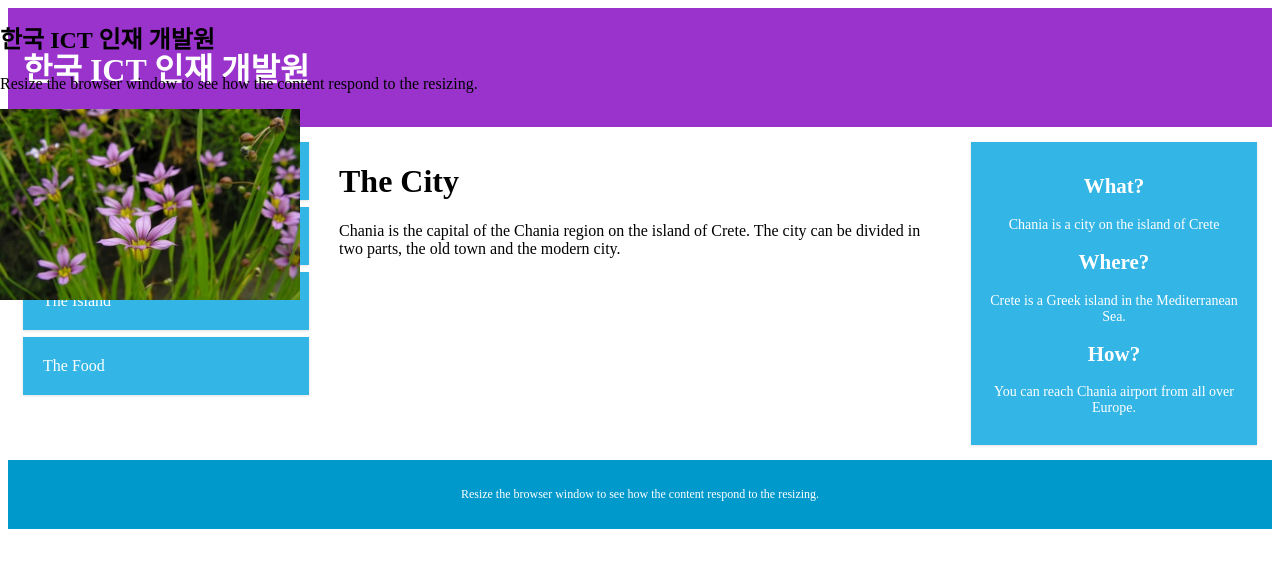
Repository: ady0099/webstudy
Page: 03_javascript/src/main/webapp/day02/ex18_event.html
The author's editor kept a copy of each file at every save. The page is drawn from the files as they stood at one save, then again after the next save.
The browser window is 1280 px wide. The pictures show the whole page.

Above is the page before, as saved 2023-06-28 08:05:06.

### 03_javascript/src/main/webapp/day02/ex18_event.html
<!DOCTYPE html>
<html>
	<head>
		<meta charset="UTF-8">
		<title>반응협 웹 페이지</title>
		<style>
			*{
				box-sizing: border-box;
			}
			.header{
				background-color: #9933cc;
				color:white;
				padding:15px;
			}
			/* ::after => 요소의 콘텐츠 끝부분에 생성된 콘텐츠를 추가한다. */
			/* ::before => 요소의 콘텐츠 시작부분에 생성된 콘텐츠를 추가한다. */
			/* content:""; => */
			.row::after{
				content: "";
				display: block;
				clear: both;
			}
			.footer{
				/* clear:both; */ /* float: left 해제 */
				clear:both;
				background-color: #0099cc;
				color:white;
				text-align: center;
				font-size:12px;
				padding:15px;
			}
			.menu ul{
				list-style-type: none;
				margin:0;
				padding:0;
			}
			.menu li{
				padding:20px;
				margin-bottom:7px;
				background-color: #33b5e5;
				color:white;
				box-shadow: 0 1px 3px rgba(0,0,0,0.12);
			}
			.menu li:hover{
				background-color: #0099cc;
			}
			[class*="col-"]{
				float:left;
				padding:15px;
			}
			.aside{
				background-color: #33b5e5;
				padding:15px;
				color:white;
				text-align: center;
				font-size: 14px;
				box-shadow: 0 1px 3px rgba(0,0,0,0.12);
			}
			.col-1{width:8.33%;}
			.col-2{width:16.66%;}
			.col-3{width:25%;}
			.col-4{width:33.33%;}
			.col-5{width:41.66%;}
			.col-6{width:50%;}
			.col-7{width:58.33%;}
			.col-8{width:66.66%;}
			.col-9{width:75%;}
			.col-10{width:83.33%;}
			.col-11{width:91.66%;}
			.col-12{width:100%;}

			@media only screen and (max-width:760px){
				[class*="col-"]{
				  width: 100%;
			   }
			}
			div#popup{
				width: 500px;
				height: 300px;
				position: fixed;
				top:0;
				left:0;
				overflow: hidden;
			 }
		</style>

	</head>
	<body>
		<div class="header">
			<h1>한국 ICT 인재 개발원</h1>
		</div>
		<div class="row">
			<div class="col-3 menu">
				<ul>
					<li>The Flight</li>
					<li>The City</li>
					<li>The Island</li>
					<li>The Food</li>
				</ul>
			</div>
			<div class="col-6">
				<h1>The City</h1>
				<p>Chania is the capital of the Chania region on the island of Crete.
				The city can be divided in two parts, the old town and the modern city.</p>
			</div>
			<div class="col-3 right">
				<div class="aside">
					<h2>What?</h2>
					<p>Chania is a city on the island of Crete</p>
					<h2>Where?</h2>
					<p>Crete is a Greek island in the Mediterranean Sea.</p>
					<h2>How?</h2>
					<p>You can reach Chania airport from all over Europe.</p>
				</div>
			</div>
			<div class="footer">
				<p>Resize the browser window to see how the content respond to the resizing.</p>
			</div>
			<div id="popup">
				<h2>한국 ICT 인재 개발원</h2>
				<p>Resize the browser window to see how the content respond to the resizing.</p>

				<img alt="" src="../images/flower.jpg" width="300px">
				<div><a href="#" onclick="closed()">닫기</a></div>
			</div>
		</div>
	</body>
	<script type="text/javascript">
		function closed(){

		}
	</script>
</html>

After the next save:
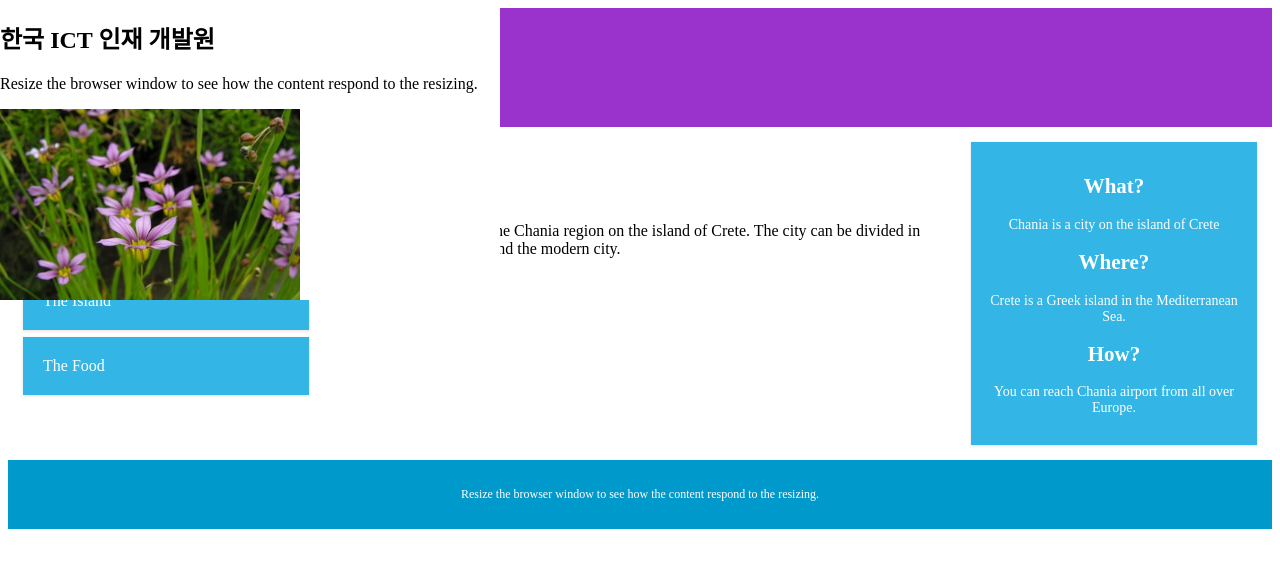
Saved 30 s later.
--- a/03_javascript/src/main/webapp/day02/ex18_event.html
+++ b/03_javascript/src/main/webapp/day02/ex18_event.html
@@ -81,6 +81,7 @@
 				top:0;
 				left:0;
 				overflow: hidden;
+				background-color: white;
 			 }
 		</style>
 
